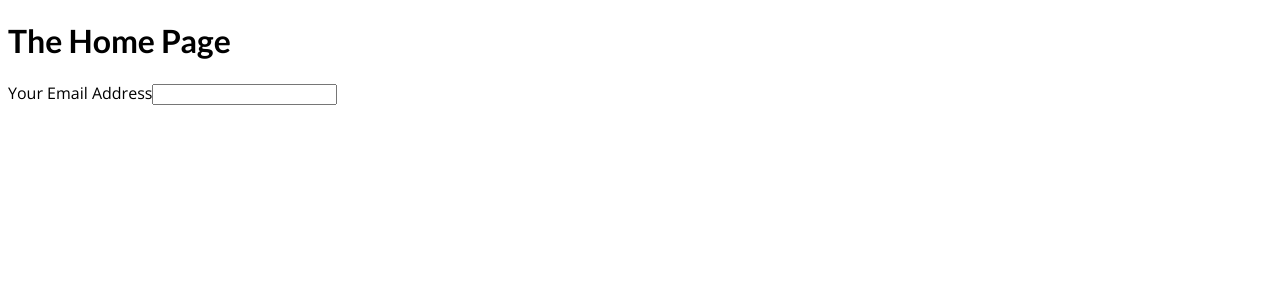
Repository: dydals3440/NextJS-Study
Page: / (app in 05-FullStack-Next.js/)
These files come from the project's save history. The page is drawn as it stood at one moment and after a run of saves; the edit follows.
The browser window is 1280 px wide. The pictures show the whole page.
The project was rebuilt for these pictures with package versions that can differ from the ones it lists, and the page was loaded fresh each time. The framework's server and built-in components were replaced by stand-ins that run in the browser.

Above is the page before, as saved 2023-09-03 21:15:52.

After the next 2 saves:
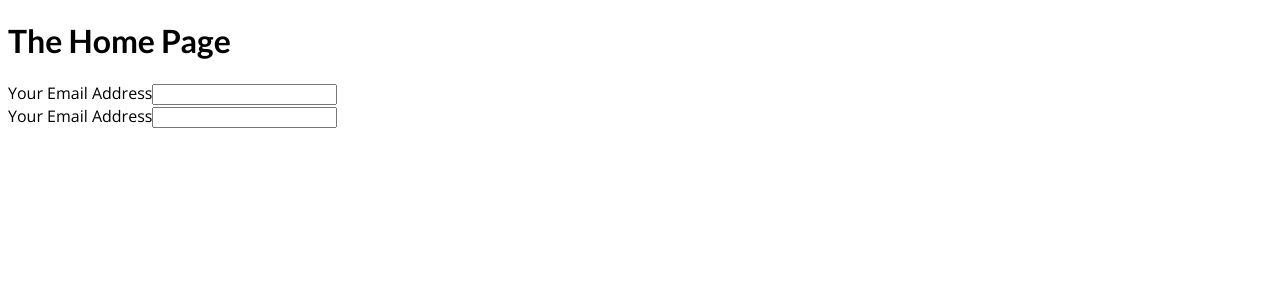
The 2 saves are shown as one change because they came seconds apart.
The last was saved 13 s later.
--- a/05-FullStack-Next.js/pages/index.js
+++ b/05-FullStack-Next.js/pages/index.js
@@ -3,8 +3,14 @@ function HomePage() {
     <div>
       <h1>The Home Page</h1>
       <form>
-        <label htmlFor='email'>Your Email Address</label>
-        <input type='email' id='email' />
+        <div>
+          <label htmlFor='email'>Your Email Address</label>
+          <input type='email' id='email' />
+        </div>
+        <div>
+          <label htmlFor='email'>Your Email Address</label>
+          <input type='email' id='email' />
+        </div>
       </form>
     </div>
   );
